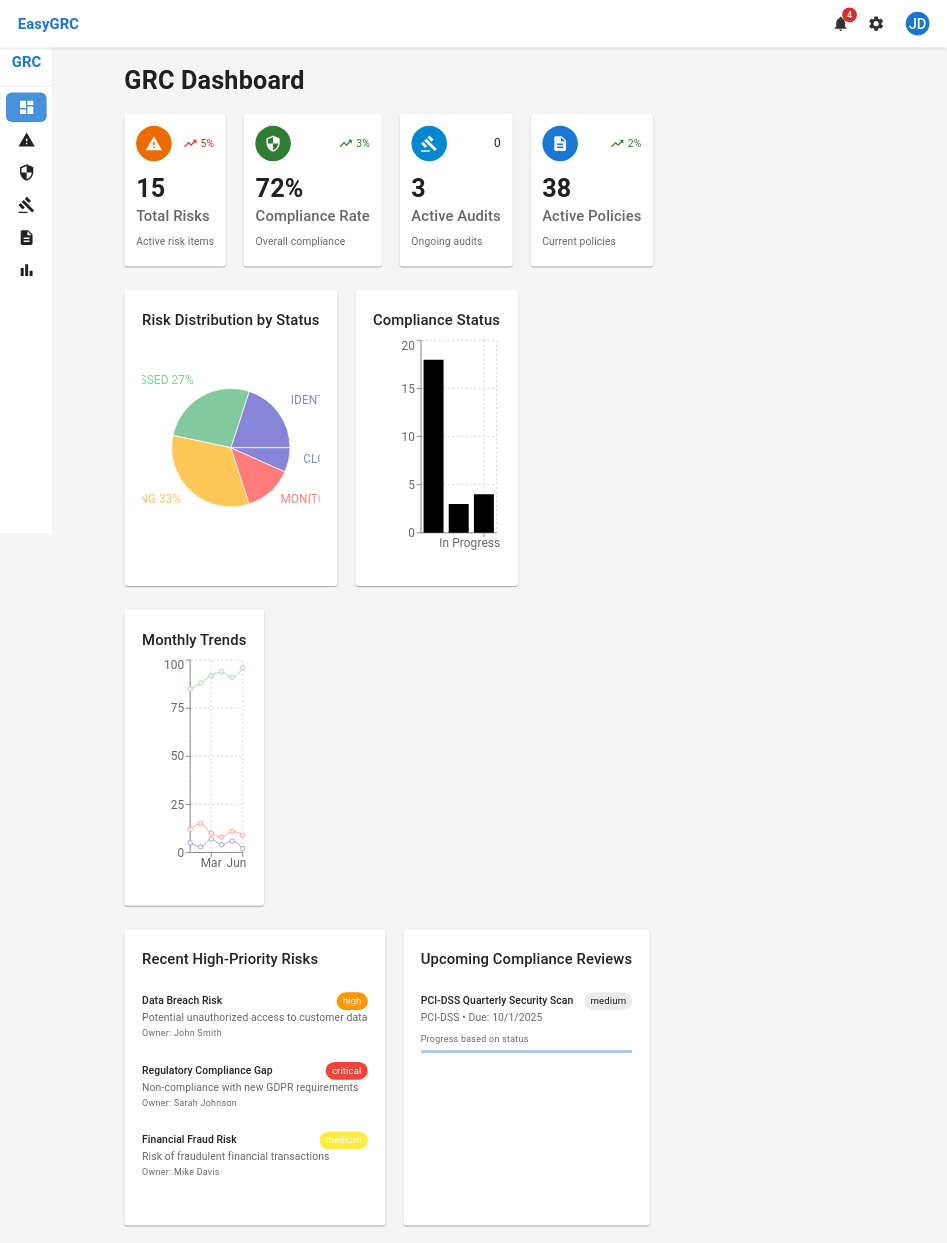
Repository: rano-g/easygrc
Page: /
The author's editor kept a copy of each file at every save. The page is drawn from the files as they stood at one save, then again after the next save.
The browser window is 1280 px wide. The pictures show the whole page, at 74% of full size.
The project was rebuilt for these pictures with package versions that can differ from the ones it lists, and the page was loaded fresh each time. Also part of the build but not shown: vite.config.ts, src/pages/RiskManagement.tsx, src/pages/Compliance.tsx, src/pages/AuditManagement.tsx, src/pages/PolicyManagement.tsx, src/pages/Reports.tsx.

Above is the page before, as saved 2025-09-03 17:56:13.

### src/App.tsx
import { BrowserRouter as Router, Routes, Route } from 'react-router-dom';
import { ThemeProvider, createTheme } from '@mui/material/styles';
import CssBaseline from '@mui/material/CssBaseline';
import { Box } from '@mui/material';
import { useState } from 'react';

import Sidebar from './components/Layout/Sidebar';
import TopBar from './components/Layout/TopBar';
import Dashboard from './pages/Dashboard';
import RiskManagement from './pages/RiskManagement';
import Compliance from './pages/Compliance';
import AuditManagement from './pages/AuditManagement';
import PolicyManagement from './pages/PolicyManagement';
import Reports from './pages/Reports';

const theme = createTheme({
  palette: {
    mode: 'light',
    primary: {
      main: '#1976d2',
    },
    secondary: {
      main: '#dc004e',
    },
    background: {
      default: '#f5f5f5',
    },
  },
  typography: {
    fontFamily: '"Roboto", "Helvetica", "Arial", sans-serif',
  },
  breakpoints: {
    values: {
      xs: 0,
      sm: 600,
      md: 960,
      lg: 1280,
      xl: 1920,
    },
  },
});

function App() {
  const [sidebarOpen, setSidebarOpen] = useState(false);

  const handleSidebarToggle = () => {
    setSidebarOpen(!sidebarOpen);
  };

  return (
    <ThemeProvider theme={theme}>
      <CssBaseline />
      <Router>
        <Box sx={{ display: 'flex', minHeight: '100vh' }}>
          <Sidebar open={sidebarOpen} onToggle={handleSidebarToggle} />
          <Box sx={{ flexGrow: 1, display: 'flex', flexDirection: 'column' }}>
            <TopBar onMenuClick={handleSidebarToggle} />
            <Box
              component="main"
              sx={{
                flexGrow: 1,
                p: { xs: 2, sm: 3 },
                mt: { xs: 7, sm: 8 },
                ml: { md: sidebarOpen ? '240px' : '72px' },
                transition: theme.transitions.create(['margin'], {
                  easing: theme.transitions.easing.sharp,
                  duration: theme.transitions.duration.leavingScreen,
                }),
              }}
            >
              <Routes>
                <Route path="/" element={<Dashboard />} />
                <Route path="/dashboard" element={<Dashboard />} />
                <Route path="/risks" element={<RiskManagement />} />
                <Route path="/compliance" element={<Compliance />} />
                <Route path="/audits" element={<AuditManagement />} />
                <Route path="/policies" element={<PolicyManagement />} />
                <Route path="/reports" element={<Reports />} />
              </Routes>
            </Box>
          </Box>
        </Box>
      </Router>
    </ThemeProvider>
  )
}

export default App

### src/components/Layout/TopBar.tsx
import {
  AppBar,
  Toolbar,
  Typography,
  IconButton,
  Box,
  Avatar,
  Menu,
  MenuItem,
  Badge,
  useTheme
} from '@mui/material';
import {
  Menu as MenuIcon,
  Notifications as NotificationsIcon,
  Settings as SettingsIcon
} from '@mui/icons-material';
import { useState } from 'react';

interface TopBarProps {
  onMenuClick: () => void;
}

const TopBar = ({ onMenuClick }: TopBarProps) => {
  const theme = useTheme();
  const [anchorEl, setAnchorEl] = useState<null | HTMLElement>(null);

  const handleProfileMenuOpen = (event: React.MouseEvent<HTMLElement>) => {
    setAnchorEl(event.currentTarget);
  };

  const handleProfileMenuClose = () => {
    setAnchorEl(null);
  };

  return (
    <AppBar
      position="fixed"
      sx={{
        zIndex: (theme) => theme.zIndex.drawer + 1,
        backgroundColor: '#fff',
        color: '#333',
        boxShadow: '0 2px 4px rgba(0,0,0,0.1)'
      }}
    >
      <Toolbar>
        <IconButton
          color="inherit"
          aria-label="open drawer"
          edge="start"
          onClick={onMenuClick}
          sx={{ mr: 2, display: { md: 'none' } }}
        >
          <MenuIcon />
        </IconButton>

        <Typography
          variant="h6"
          noWrap
          component="div"
          sx={{
            flexGrow: 1,
            fontWeight: 'bold',
            color: theme.palette.primary.main
          }}
        >
          EasyGRC
        </Typography>

        <Box sx={{ display: 'flex', alignItems: 'center', gap: 1 }}>
          <IconButton color="inherit">
            <Badge badgeContent={4} color="error">
              <NotificationsIcon />
            </Badge>
          </IconButton>

          <IconButton color="inherit">
            <SettingsIcon />
          </IconButton>

          <IconButton
            size="large"
            edge="end"
            aria-label="account of current user"
            aria-controls="primary-search-account-menu"
            aria-haspopup="true"
            onClick={handleProfileMenuOpen}
            color="inherit"
          >
            <Avatar sx={{ width: 32, height: 32, bgcolor: theme.palette.primary.main }}>
              JD
            </Avatar>
          </IconButton>
        </Box>

        <Menu
          anchorEl={anchorEl}
          anchorOrigin={{
            vertical: 'top',
            horizontal: 'right',
          }}
          keepMounted
          transformOrigin={{
            vertical: 'top',
            horizontal: 'right',
          }}
          open={Boolean(anchorEl)}
          onClose={handleProfileMenuClose}
        >
          <MenuItem onClick={handleProfileMenuClose}>Profile</MenuItem>
          <MenuItem onClick={handleProfileMenuClose}>My Account</MenuItem>
          <MenuItem onClick={handleProfileMenuClose}>Logout</MenuItem>
        </Menu>
      </Toolbar>
    </AppBar>
  );
};

export default TopBar;

### src/pages/Dashboard.tsx
import {
  Box,
  Grid,
  Card,
  CardContent,
  Typography,
  useTheme,
  Paper,
  List,
  ListItem,
  ListItemText,
  Chip,
  LinearProgress,
  Avatar
} from '@mui/material';
import {
  TrendingUp,
  Warning,
  Security,
  Gavel,
  Description
} from '@mui/icons-material';
import { PieChart, Pie, Cell, BarChart, Bar, XAxis, YAxis, CartesianGrid, Tooltip, ResponsiveContainer, LineChart, Line } from 'recharts';
import { mockDashboard, mockRisks, mockCompliance, mockAudits } from '../data/mockData';

const Dashboard = () => {
  const theme = useTheme();

  const COLORS = ['#8884d8', '#82ca9d', '#ffc658', '#ff7c7c'];

  const riskStatusData = Object.entries(mockDashboard.riskSummary.byStatus).map(([status, count]) => ({
    name: status.replace('_', ' ').toUpperCase(),
    value: count
  }));

  const riskSeverityData = Object.entries(mockDashboard.riskSummary.bySeverity).map(([severity, count]) => ({
    name: severity.toUpperCase(),
    value: count
  }));

  const complianceData = [
    { name: 'Compliant', value: mockDashboard.complianceSummary.compliant, color: '#4caf50' },
    { name: 'Non-Compliant', value: mockDashboard.complianceSummary.nonCompliant, color: '#f44336' },
    { name: 'In Progress', value: mockDashboard.complianceSummary.inProgress, color: '#ff9800' }
  ];

  const monthlyTrends = [
    { month: 'Jan', risks: 12, compliance: 85, audits: 5 },
    { month: 'Feb', risks: 15, compliance: 88, audits: 3 },
    { month: 'Mar', risks: 10, compliance: 92, audits: 7 },
    { month: 'Apr', risks: 8, compliance: 94, audits: 4 },
    { month: 'May', risks: 11, compliance: 91, audits: 6 },
    { month: 'Jun', risks: 9, compliance: 96, audits: 2 },
  ];

  const StatCard = ({ title, value, subtitle, icon, color, trend }: any) => (
    <Card sx={{ height: '100%' }}>
      <CardContent>
        <Box sx={{ display: 'flex', alignItems: 'center', justifyContent: 'space-between', mb: 2 }}>
          <Avatar sx={{ bgcolor: color, width: 48, height: 48 }}>
            {icon}
          </Avatar>
          {trend && (
            <Box sx={{ display: 'flex', alignItems: 'center', color: trend > 0 ? 'success.main' : 'error.main' }}>
              <TrendingUp sx={{ fontSize: 20, mr: 0.5 }} />
              <Typography variant="body2">{Math.abs(trend)}%</Typography>
            </Box>
          )}
        </Box>
        <Typography variant="h4" component="div" fontWeight="bold">
          {value}
        </Typography>
        <Typography variant="h6" color="text.secondary">
          {title}
        </Typography>
        {subtitle && (
          <Typography variant="body2" color="text.secondary" sx={{ mt: 1 }}>
            {subtitle}
          </Typography>
        )}
      </CardContent>
    </Card>
  );

  const recentRisks = mockRisks.slice(0, 5).map(risk => ({
    ...risk,
    severityColor:
      risk.severity === 'critical' ? '#f44336' :
      risk.severity === 'high' ? '#ff9800' :
      risk.severity === 'medium' ? '#ffeb3b' : '#4caf50'
  }));

  const upcomingCompliance = mockCompliance.filter(req =>
    new Date(req.nextReviewDate) <= new Date(Date.now() + 30 * 24 * 60 * 60 * 1000)
  );

  return (
    <Box sx={{ flexGrow: 1 }}>
      <Typography variant="h4" component="h1" gutterBottom sx={{ mb: 3, fontWeight: 'bold' }}>
        GRC Dashboard
      </Typography>

      {/* Summary Cards */}
      <Grid container spacing={3} sx={{ mb: 4 }}>
        <Grid item xs={12} sm={6} md={3}>
          <StatCard
            title="Total Risks"
            value={mockDashboard.riskSummary.total}
            subtitle="Active risk items"
            icon={<Warning />}
            color={theme.palette.warning.main}
            trend={-5}
          />
        </Grid>
        <Grid item xs={12} sm={6} md={3}>
          <StatCard
            title="Compliance Rate"
            value={`${Math.round((mockDashboard.complianceSummary.compliant / mockDashboard.complianceSummary.total) * 100)}%`}
            subtitle="Overall compliance"
            icon={<Security />}
            color={theme.palette.success.main}
            trend={3}
          />
        </Grid>
        <Grid item xs={12} sm={6} md={3}>
          <StatCard
            title="Active Audits"
            value={mockDashboard.auditSummary.active}
            subtitle="Ongoing audits"
            icon={<Gavel />}
            color={theme.palette.info.main}
            trend={0}
          />
        </Grid>
        <Grid item xs={12} sm={6} md={3}>
          <StatCard
            title="Active Policies"
            value={mockDashboard.policySummary.active}
            subtitle="Current policies"
            icon={<Description />}
            color={theme.palette.primary.main}
            trend={2}
          />
        </Grid>
      </Grid>

      {/* Charts Row */}
      <Grid container spacing={3} sx={{ mb: 4 }}>
        <Grid item xs={12} md={6}>
          <Paper sx={{ p: 3, height: 400 }}>
            <Typography variant="h6" gutterBottom>Risk Distribution by Status</Typography>
            <ResponsiveContainer width="100%" height={300}>
              <PieChart>
                <Pie
                  data={riskStatusData}
                  cx="50%"
                  cy="50%"
                  labelLine={false}
                  label={({ name, percent }) => `${name} ${(percent * 100).toFixed(0)}%`}
                  outerRadius={80}
                  fill="#8884d8"
                  dataKey="value"
                >
                  {riskStatusData.map((_, index) => (
                    <Cell key={`cell-${index}`} fill={COLORS[index % COLORS.length]} />
                  ))}
                </Pie>
                <Tooltip />
              </PieChart>
            </ResponsiveContainer>
          </Paper>
        </Grid>
        <Grid item xs={12} md={6}>
          <Paper sx={{ p: 3, height: 400 }}>
            <Typography variant="h6" gutterBottom>Compliance Status</Typography>
            <ResponsiveContainer width="100%" height={300}>
              <BarChart data={complianceData}>
                <CartesianGrid strokeDasharray="3 3" />
                <XAxis dataKey="name" />
                <YAxis />
                <Tooltip />
                <Bar dataKey="value" fill={(entry: any) => entry.color} />
              </BarChart>
            </ResponsiveContainer>
          </Paper>
        </Grid>
      </Grid>

      {/* Monthly Trends */}
      <Grid container spacing={3} sx={{ mb: 4 }}>
        <Grid item xs={12}>
          <Paper sx={{ p: 3, height: 400 }}>
            <Typography variant="h6" gutterBottom>Monthly Trends</Typography>
            <ResponsiveContainer width="100%" height={300}>
              <LineChart data={monthlyTrends}>
                <CartesianGrid strokeDasharray="3 3" />
                <XAxis dataKey="month" />
                <YAxis />
                <Tooltip />
                <Line type="monotone" dataKey="risks" stroke="#ff7c7c" name="Risks" />
                <Line type="monotone" dataKey="compliance" stroke="#82ca9d" name="Compliance %" />
                <Line type="monotone" dataKey="audits" stroke="#8884d8" name="Audits" />
              </LineChart>
            </ResponsiveContainer>
          </Paper>
        </Grid>
      </Grid>

      {/* Recent Activities and Upcoming Tasks */}
      <Grid container spacing={3}>
        <Grid item xs={12} md={6}>
          <Paper sx={{ p: 3, height: 400 }}>
            <Typography variant="h6" gutterBottom>Recent High-Priority Risks</Typography>
            <List>
              {recentRisks.map((risk) => (
                <ListItem key={risk.id} sx={{ px: 0 }}>
                  <ListItemText
                    primary={
                      <Box sx={{ display: 'flex', alignItems: 'center', justifyContent: 'space-between' }}>
                        <Typography variant="subtitle2">{risk.title}</Typography>
                        <Chip
                          label={risk.severity}
                          size="small"
                          sx={{ bgcolor: risk.severityColor, color: 'white' }}
                        />
                      </Box>
                    }
                    secondary={
                      <Box>
                        <Typography variant="body2" color="text.secondary">
                          {risk.description}
                        </Typography>
                        <Typography variant="caption" color="text.secondary">
                          Owner: {risk.owner}
                        </Typography>
                      </Box>
                    }
                  />
                </ListItem>
              ))}
            </List>
          </Paper>
        </Grid>
        <Grid item xs={12} md={6}>
          <Paper sx={{ p: 3, height: 400 }}>
            <Typography variant="h6" gutterBottom>Upcoming Compliance Reviews</Typography>
            <List>
              {upcomingCompliance.map((item) => (
                <ListItem key={item.id} sx={{ px: 0 }}>
                  <ListItemText
                    primary={
                      <Box sx={{ display: 'flex', alignItems: 'center', justifyContent: 'space-between' }}>
                        <Typography variant="subtitle2">{item.title}</Typography>
                        <Chip
                          label={item.priority}
                          size="small"
                          color={item.priority === 'critical' ? 'error' : item.priority === 'high' ? 'warning' : 'default'}
                        />
                      </Box>
                    }
                    secondary={
                      <Box>
                        <Typography variant="body2" color="text.secondary">
                          {item.framework} • Due: {new Date(item.nextReviewDate).toLocaleDateString()}
                        </Typography>
                        <Box sx={{ mt: 1 }}>
                          <Typography variant="caption" color="text.secondary">
                            Progress based on status
                          </Typography>
                          <LinearProgress
                            variant="determinate"
                            value={
                              item.status === 'completed' ? 100 :
                              item.status === 'in_progress' ? 60 :
                              item.status === 'not_started' ? 0 : 30
                            }
                            sx={{ mt: 0.5 }}
                          />
                        </Box>
                      </Box>
                    }
                  />
                </ListItem>
              ))}
            </List>
          </Paper>
        </Grid>
      </Grid>
    </Box>
  );
};

export default Dashboard;

Loaded but not shown: index.html (common file); src/main.tsx (common file); src/index.css (common file); src/components/Layout/Sidebar.tsx (275 lines, source omitted); src/data/mockData.ts (206 lines, source omitted)

After the next save:
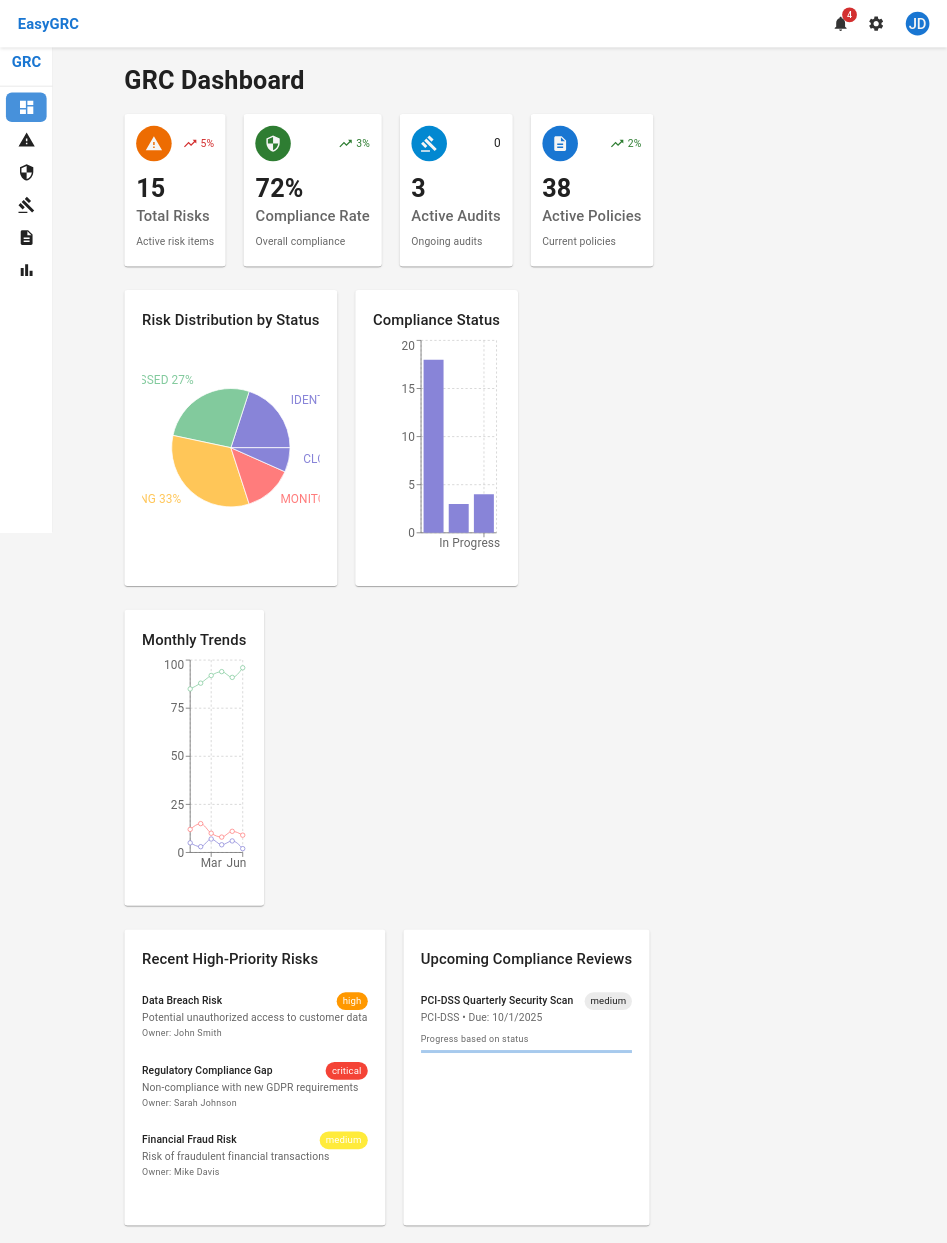
Saved 88 s later.
--- a/src/pages/Dashboard.tsx
+++ b/src/pages/Dashboard.tsx
@@ -21,7 +21,16 @@ import {
   Description
 } from '@mui/icons-material';
 import { PieChart, Pie, Cell, BarChart, Bar, XAxis, YAxis, CartesianGrid, Tooltip, ResponsiveContainer, LineChart, Line } from 'recharts';
-import { mockDashboard, mockRisks, mockCompliance, mockAudits } from '../data/mockData';
+import { mockDashboard, mockRisks, mockCompliance } from '../data/mockData';
+
+interface StatCardProps {
+  title: string;
+  value: string | number;
+  subtitle?: string;
+  icon: React.ReactNode;
+  color: string;
+  trend?: number;
+}
 
 const Dashboard = () => {
   const theme = useTheme();
@@ -30,11 +39,6 @@ const Dashboard = () => {
 
   const riskStatusData = Object.entries(mockDashboard.riskSummary.byStatus).map(([status, count]) => ({
     name: status.replace('_', ' ').toUpperCase(),
-    value: count
-  }));
-
-  const riskSeverityData = Object.entries(mockDashboard.riskSummary.bySeverity).map(([severity, count]) => ({
-    name: severity.toUpperCase(),
     value: count
   }));
 
@@ -53,7 +57,7 @@ const Dashboard = () => {
     { month: 'Jun', risks: 9, compliance: 96, audits: 2 },
   ];
 
-  const StatCard = ({ title, value, subtitle, icon, color, trend }: any) => (
+  const StatCard = ({ title, value, subtitle, icon, color, trend }: StatCardProps) => (
     <Card sx={{ height: '100%' }}>
       <CardContent>
         <Box sx={{ display: 'flex', alignItems: 'center', justifyContent: 'space-between', mb: 2 }}>
@@ -102,7 +106,7 @@ const Dashboard = () => {
 
       {/* Summary Cards */}
       <Grid container spacing={3} sx={{ mb: 4 }}>
-        <Grid item xs={12} sm={6} md={3}>
+        <Grid xs={12} sm={6} md={3}>
           <StatCard
             title="Total Risks"
             value={mockDashboard.riskSummary.total}
@@ -112,7 +116,7 @@ const Dashboard = () => {
             trend={-5}
           />
         </Grid>
-        <Grid item xs={12} sm={6} md={3}>
+        <Grid xs={12} sm={6} md={3}>
           <StatCard
             title="Compliance Rate"
             value={`${Math.round((mockDashboard.complianceSummary.compliant / mockDashboard.complianceSummary.total) * 100)}%`}
@@ -122,7 +126,7 @@ const Dashboard = () => {
             trend={3}
           />
         </Grid>
-        <Grid item xs={12} sm={6} md={3}>
+        <Grid xs={12} sm={6} md={3}>
           <StatCard
             title="Active Audits"
             value={mockDashboard.auditSummary.active}
@@ -132,7 +136,7 @@ const Dashboard = () => {
             trend={0}
           />
         </Grid>
-        <Grid item xs={12} sm={6} md={3}>
+        <Grid xs={12} sm={6} md={3}>
           <StatCard
             title="Active Policies"
             value={mockDashboard.policySummary.active}
@@ -146,7 +150,7 @@ const Dashboard = () => {
 
       {/* Charts Row */}
       <Grid container spacing={3} sx={{ mb: 4 }}>
-        <Grid item xs={12} md={6}>
+        <Grid xs={12} md={6}>
           <Paper sx={{ p: 3, height: 400 }}>
             <Typography variant="h6" gutterBottom>Risk Distribution by Status</Typography>
             <ResponsiveContainer width="100%" height={300}>
@@ -156,7 +160,7 @@ const Dashboard = () => {
                   cx="50%"
                   cy="50%"
                   labelLine={false}
-                  label={({ name, percent }) => `${name} ${(percent * 100).toFixed(0)}%`}
+                  label={({ name, percent }) => `${name} ${((percent || 0) * 100).toFixed(0)}%`}
                   outerRadius={80}
                   fill="#8884d8"
                   dataKey="value"
@@ -170,7 +174,7 @@ const Dashboard = () => {
             </ResponsiveContainer>
           </Paper>
         </Grid>
-        <Grid item xs={12} md={6}>
+        <Grid xs={12} md={6}>
           <Paper sx={{ p: 3, height: 400 }}>
             <Typography variant="h6" gutterBottom>Compliance Status</Typography>
             <ResponsiveContainer width="100%" height={300}>
@@ -179,7 +183,7 @@ const Dashboard = () => {
                 <XAxis dataKey="name" />
                 <YAxis />
                 <Tooltip />
-                <Bar dataKey="value" fill={(entry: any) => entry.color} />
+                <Bar dataKey="value" fill="#8884d8" />
               </BarChart>
             </ResponsiveContainer>
           </Paper>
@@ -188,7 +192,7 @@ const Dashboard = () => {
 
       {/* Monthly Trends */}
       <Grid container spacing={3} sx={{ mb: 4 }}>
-        <Grid item xs={12}>
+        <Grid xs={12}>
           <Paper sx={{ p: 3, height: 400 }}>
             <Typography variant="h6" gutterBottom>Monthly Trends</Typography>
             <ResponsiveContainer width="100%" height={300}>
@@ -208,7 +212,7 @@ const Dashboard = () => {
 
       {/* Recent Activities and Upcoming Tasks */}
       <Grid container spacing={3}>
-        <Grid item xs={12} md={6}>
+        <Grid xs={12} md={6}>
           <Paper sx={{ p: 3, height: 400 }}>
             <Typography variant="h6" gutterBottom>Recent High-Priority Risks</Typography>
             <List>
@@ -241,7 +245,7 @@ const Dashboard = () => {
             </List>
           </Paper>
         </Grid>
-        <Grid item xs={12} md={6}>
+        <Grid xs={12} md={6}>
           <Paper sx={{ p: 3, height: 400 }}>
             <Typography variant="h6" gutterBottom>Upcoming Compliance Reviews</Typography>
             <List>
